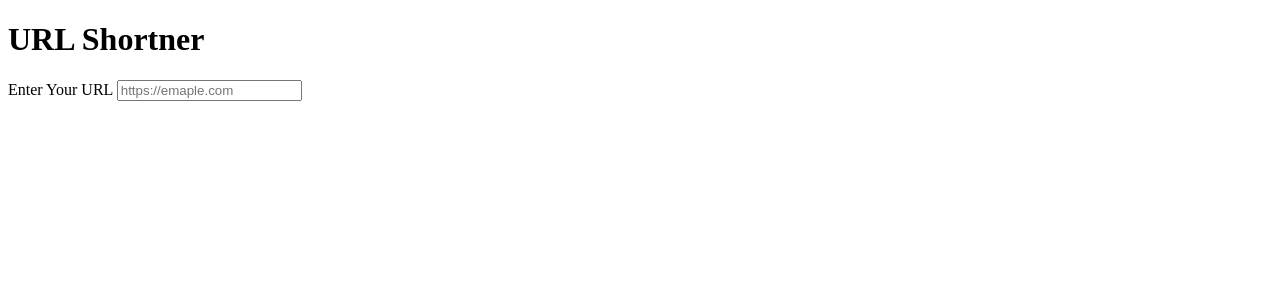
Repository: Mohitkumar1322/URL-Shortner
Page: http://localhost/
These files come from the project's save history. The page is drawn as it stood at one moment and after a run of saves; the edit follows.
The browser window is 1280 px wide. The pictures show the whole page.
The page is served by the project's Node server (index.js). Other server files are loaded and not shown.

Above is the page before, as saved 2024-07-14 21:04:19.

### views/home.ejs
<!DOCTYPE html>
<html lang="en">
<head>
    <style>
        body{
            font-family: 'Segoe UI', Tahoma, Geneva, Verdana, sans-serif,

        }
    </style>
    <meta charset="UTF-8">
    <meta name="viewport" content="width=device-width, initial-scale=1.0">
    <title>Document</title>
</head>
<body>

    <h1>
       URL Shortner
    </h1>
    <div>
        <form>
            <label>
                Enter Your URL
            </label>
            <input type="text"name="redirectURL" placeholder="https://emaple.com">
        </form>
    </div>


</body>
</html>

### index.js
const express = require('express');
const path = require('path');

const { connectToMongoDB } = require('./connect');
const urlRoute = require('./routes/url');
const { connect } = require('mongoose');
const URL = require('./models/url');
const staticRouter = require('./routes/staticRouter');
const app = express();
const PORT = 8001;

connectToMongoDB('mongodb+srv://mohitkum1352:15364164@urlshortner.xh4pdly.mongodb.net/')
.then(() => console.log('Connected to MongoDB'))
.catch((err) => console.error(err));

app.set("view engine", "ejs");
app.set('views', path.resolve("views"));


app.use(express.json());

app.use("/",staticRouter);



app.get("/test",async(req,res)=>{
    const allUrls = await URL.find({});
    return res.render('home',{
        urls: allUrls,
    });



});
app.use("/url", urlRoute);



app.get('/:shortId', async (req, res) => {
    const shortId = req.params.shortId;
    const entry = await URL.findOneAndUpdate({
        shortId
    },{$push: {
        visitHistory: {timestamp: Date.now()}
    }});
    res.redirect(entry.redirectURL);

    });


app.listen(PORT, () => console.log(`Server is running on port ${PORT}`));

### routes/staticRouter.js
const express = require('express');
const router = express.Router();


router.get('/', (req, res) => {
    return res.render("home");
});
module.exports = router;

### connect.js
const mongoose = require('mongoose');
mongoose.set('strictQuery', true);

async function connectToMongoDB(url) {
    return mongoose.connect(url);
}

module.exports = {
    connectToMongoDB,
};

After the next 3 saves:
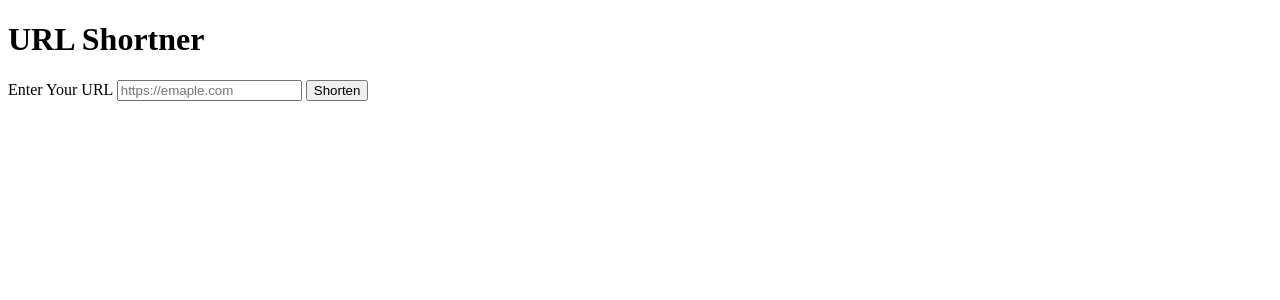
The 3 saves are shown as one change because they came seconds apart.
The last was saved 58 s later.
--- a/views/home.ejs
+++ b/views/home.ejs
@@ -21,7 +21,8 @@
             <label>
                 Enter Your URL
             </label>
-            <input type="text"name="redirectURL" placeholder="https://emaple.com">
+            <input type="text"name="redirectURL" placeholder="https://emaple.com"/>
+            <button type="submit">Shorten</button>
         </form>
     </div>
 
